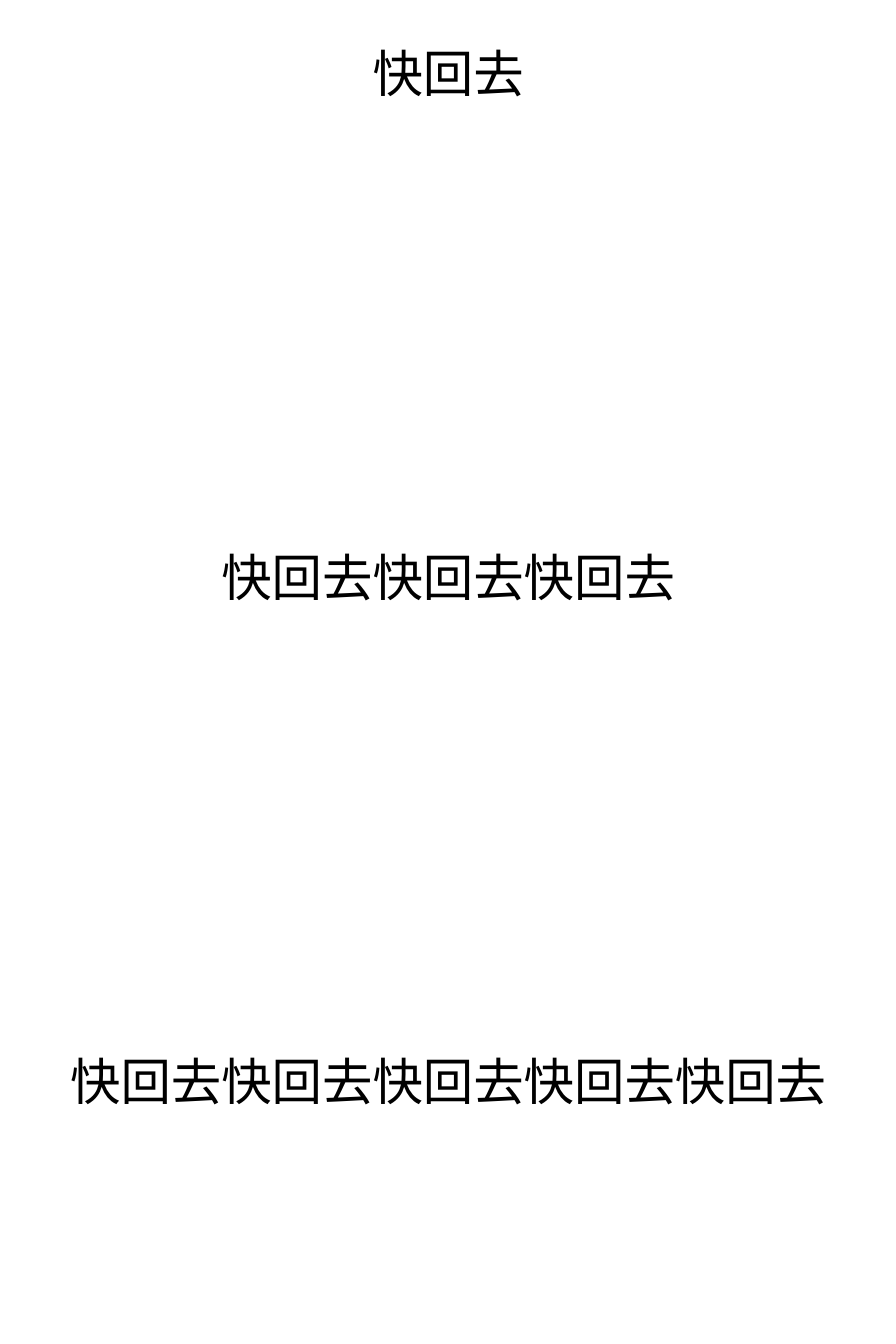
Repository: PUYIXIU/CSSMagic
Page: Animation/ScrollDrivenAnimation/index.html
An editor plug-in stored every save of this project. The page is shown before and after the next save, followed by the edit.
The browser window is 1280 px wide. The pictures show the part of the page from y = 4580 to 6500 px (the page is 11520 px tall), at 70% of full size.
Some web fonts or font styles are not loaded; a fallback is used.

Above is the page before, as saved 2024-09-03 10:42:12.

After the next save:
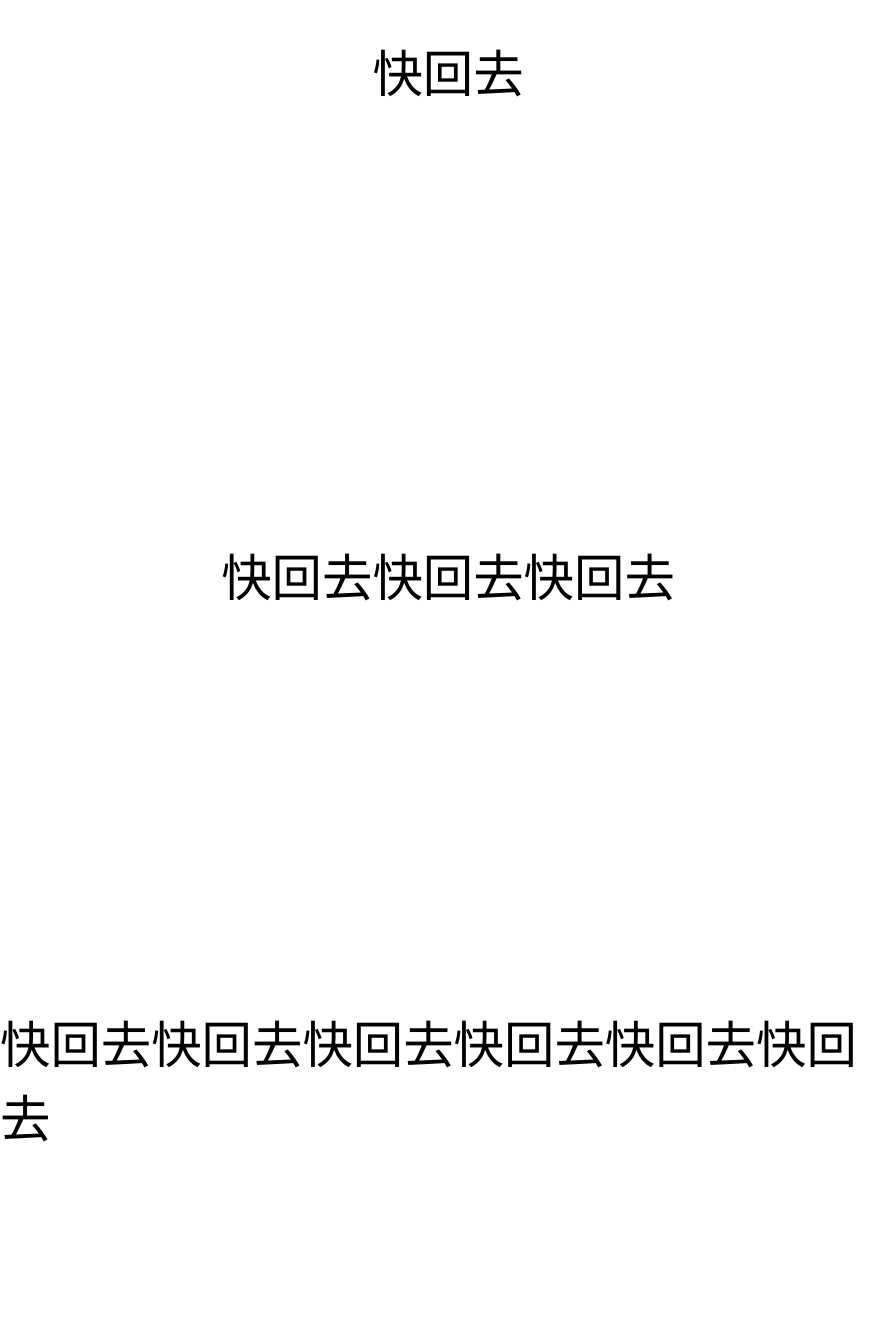
Saved 21 s later.
--- a/Animation/ScrollDrivenAnimation/index.html
+++ b/Animation/ScrollDrivenAnimation/index.html
@@ -38,7 +38,7 @@
     <div class="kanban">不要下拉</div>
     <div class="kanban">快回去</div>
     <div class="kanban">快回去快回去快回去</div>
-    <div class="kanban">快回去快回去快回去快回去快回去</div>
+    <div class="kanban">快回去快回去快回去快回去快回去快回去</div>
     <div class="kanban">。。。</div>
     <div class="kanban">。。。。。。</div>
     <div class="kanban">为什么不听劝呢</div>
